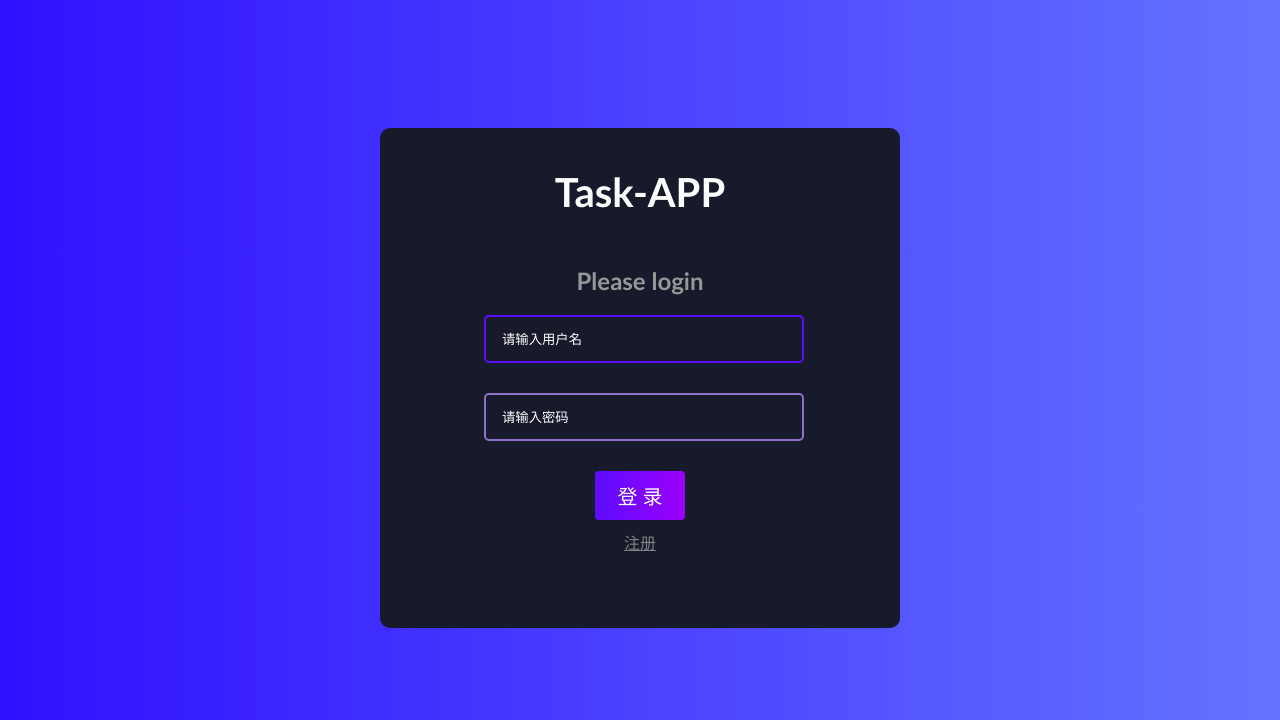
Repository: Azem723/todo-list-app
Page: /
An editor plug-in stored every save of this project. The page is shown before and after the next save, followed by the edit.
The browser window is 1280 px wide. The pictures show the whole page.
An inner scrolling area shows only its first screen. The project was rebuilt for these pictures with package versions that can differ from the ones it lists, and the page was loaded fresh each time. Also part of the build but not shown: src/components/todoForm/TodoForm.module.css, src/components/todoForm/TodoForm.jsx, src/components/todoList/TodoList.module.css, src/components/todo/Todo.module.css, src/components/todo/Todo.jsx, src/components/todoList/TodoList.jsx, src/pages/home/Home.jsx, src/pages/NotFoundPages.jsx and 4 more.

Above is the page before, as saved 2021-12-08 11:43:58.

After the next save:
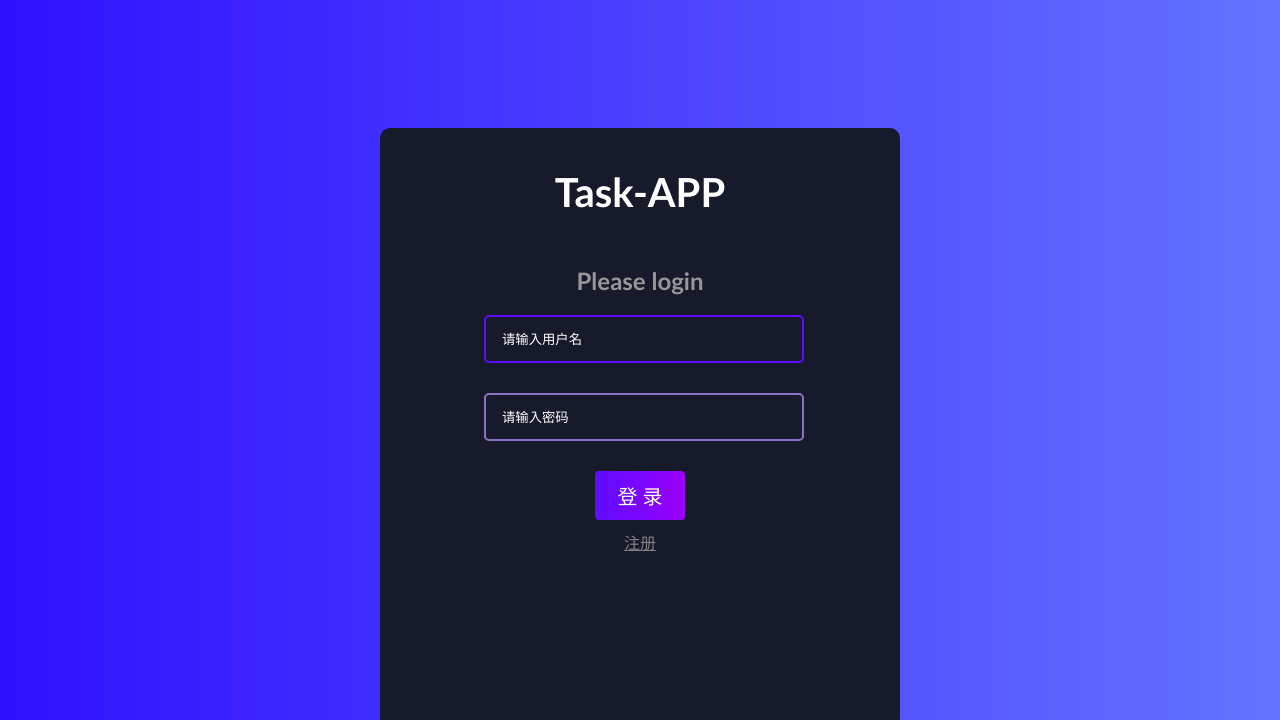
Saved 16 s later.
--- a/src/App.css
+++ b/src/App.css
@@ -29,7 +29,7 @@ body {
   flex-direction: column;
   justify-content: start;
   width: 520px;
-  min-height: 500px;
+  min-height: 600px;
   background: #161a2b;
   text-align: center;
   margin: 128px auto;
